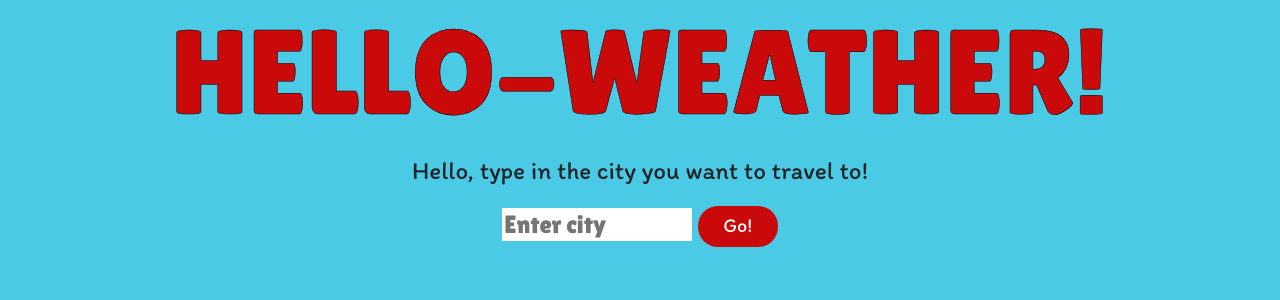
Repository: Jazinha/Hello-kitty-weather
Page: index.html
The author's editor kept a copy of each file at every save. The page is drawn from the files as they stood at one save, then again after the next save.
The browser window is 1280 px wide. The pictures show the whole page.
Some web libraries are served in a nearby version.

Above is the page before, as saved 2023-02-05 23:21:41.

After the next save:
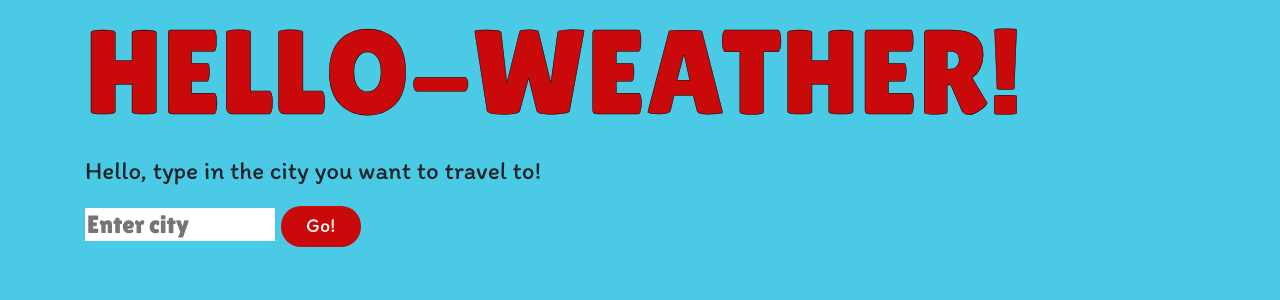
Saved 21 s later.
--- a/style.css
+++ b/style.css
@@ -4,7 +4,7 @@ body {
     font-family: 'Itim', cursive;;
 }
 
-.container {
+.container-landing {
     text-align: center;
     justify-content: center;
     /* background-image: ; */

After the save that followed:
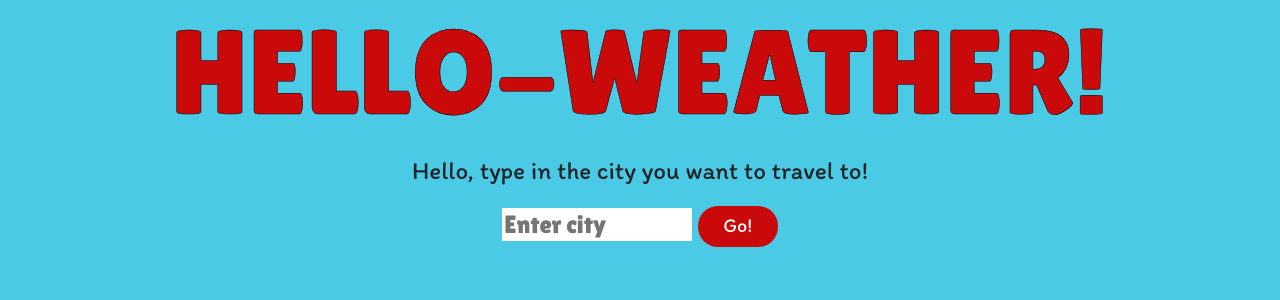
Saved 2 s later.
--- a/index.html
+++ b/index.html
@@ -14,7 +14,7 @@
 </head>
 
 <body>
-    <div class="container">
+    <div class="container-landing">
         <div id="home" class="flex-column flex-center"></div>
         <h1>HELLO-WEATHER!</h1>
         <p>Hello, type in the city you want to travel to!</p>
